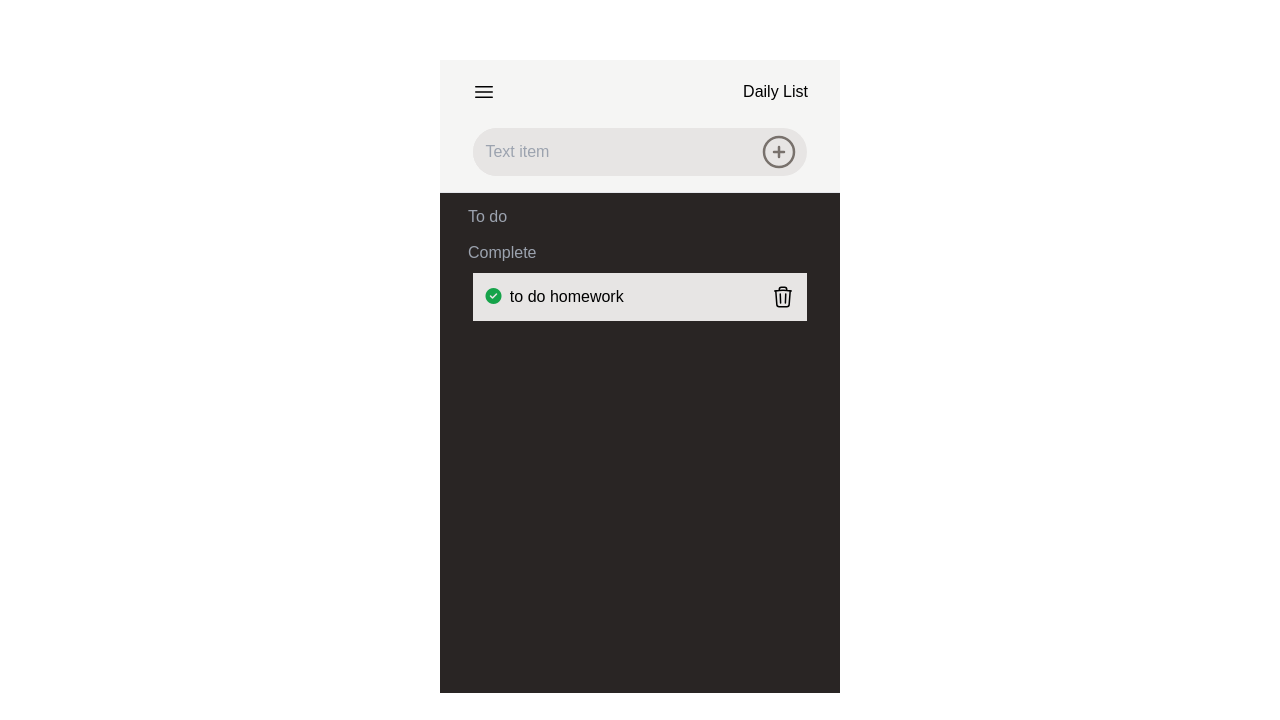
Repository: hsumyatm7308/TodolistbyPHP
Page: http://localhost/
The author's editor kept a copy of each file at every save. The page is drawn from the files as they stood at one save, then again after the next save.
The browser window is 1280 px wide. The pictures show the whole page.
Some web libraries are served in a nearby version. The page is run by PHP 8.4 with error messages shown; the project is at /var/www/html/. Queries for data that is not in the repository find no rows.

Above is the page before, as saved 2023-07-09 22:44:14.

### index.php
<!DOCTYPE html>
<html lang="en">

<head>
    <meta charset="UTF-8">
    <meta name="viewport" content="width=device-width, initial-scale=1.0">
    <title>To Do List</title>
    <link rel="stylesheet" href="https://cdnjs.cloudflare.com/ajax/libs/font-awesome/6.4.0/css/all.min.css">
    <script src="https://cdn.tailwindcss.com"></script>

    <style>
        * {
            font-family: sans-serif;
        }

        .scrollbar-hide::-webkit-scrollbar{
            display: none;
        }

    </style>

</head>

<body>
    <div class="w-screen h-screen container flex justify-center items-center">
        <div class="w-[400px] h-[600px] bg-stone-100">
            <!-- header nav  -->
            <div class="w-full h-14 flex justify-between items-center p-8">
                <div>
                    <svg xmlns="http://www.w3.org/2000/svg" fill="none" viewBox="0 0 24 24" stroke-width="1.5"
                        stroke="currentColor" class="w-6 h-6">
                        <path stroke-linecap="round" stroke-linejoin="round"
                            d="M3.75 6.75h16.5M3.75 12h16.5m-16.5 5.25h16.5" />
                    </svg>

                </div>
                <div>
                    <h4> Daily List</h4>
                </div>
            </div>

            <?php

            include("create.php");

            ?>

            <div class="w-full h-[500px] bg-stone-800 overflow-y-scroll scrollbar-hide">

                <?php

                include("updatetodo.php");
                include("complete.php");

                ?>
            </div>







        </div>
    </div>
</body>

</html>

### create.php
<?php
session_start();
ini_set('display_errors', 1);

require_once("database.php");

if ($_SERVER['REQUEST_METHOD'] === 'POST') {
    global $conn;

    $getdata = $_POST['textbox'];


    try {
        $stmt = $conn->prepare("INSERT INTO todolist (task) VALUES ( :task)");


        $task = $getdata;


        $stmt->bindParam(':task', $task);

        $stmt->execute();
    } catch (Exception $e) {
        echo "Error Found: " . $e->getMessage();
    }
}


?>





<!-- to do form  -->
<form action="" method="post" enctype="multipart/form-data">


    <div class="w-full h-auto flex justify-center items-center p-1">
        <div class="w-[85%] h-auto bg-stone-200 flex justify-between items-center rounded-3xl">
            <input type="text" name="textbox"
                class="w-[85%] bg-stone-200 rounded-tl-3xl rounded-bl-3xl p-3 focus:outline-none"
                placeholder="Text item">

            <button type="submit" name="submit" class="">
                <svg xmlns="http://www.w3.org/2000/svg" fill="none" viewBox="0 0 24 24" stroke-width="1.5"
                    stroke="currentColor" class="w-10 h-10 mr-2 text-stone-500 hover:text-stone-600">
                    <path stroke-linecap="round" stroke-linejoin="round"
                        d="M12 9v6m3-3H9m12 0a9 9 0 11-18 0 9 9 0 0118 0z" />
                </svg>
            </button>
        </div>

    </div>
    <hr class="mt-3">
</form>

### database.php
<?php

$dbhost = 'localhost';
$dbuser = 'root';
$dbpass = '';
$dbname = 'hmmdb';


try{

    $conn = new PDO("mysql:host=$dbhost;dbname=$dbname", $dbuser, $dbpass);
    $conn->setAttribute(PDO::ATTR_ERRMODE, PDO::ERRMODE_EXCEPTION);

    // echo "Connection successful";


}catch(Exception $e){
    "Error Found:".$e->getMessage();
}




?>

### updatetodo.php
<?php

// session_start();
ini_set('display_errors', 1);

require_once("database.php");
require_once("create.php");

try {

    global $conn;

    $stmt = $conn->prepare("SELECT id,task FROM todolist");
    $stmt->execute();



} catch (Exception $e) {
    "Found Error : " . $e->getMessage();
}


if($_SERVER["REQUEST_METHOD"]==="POST"){

}


?>








<!-- update to do  -->
<form action="" method="post" class="mt-3" enctype="multipart/form-data">
    <h3 class="text-gray-400 ml-7 mb-1">To do</h3>


    <?php while ($row = $stmt->fetch()): ?>

        <div name="taskitems" class="w-full h-auto flex justify-center items-center p-1">


            <div class="w-[85%] h-auto bg-stone-200 flex justify-between items-center p-3">
                <span>
                    <i class="fa-regular fa-circle-check"></i>
                    <span class="ml-1">
                        <?php echo $row['task'] ?>
                    </span>
                </span>

                <div type="submit" name="submit">
                    <svg xmlns="http://www.w3.org/2000/svg" fill="none" viewBox="0 0 24 24" stroke-width="1.5"
                        stroke="currentColor" class="w-6 h-6">
                        <path stroke-linecap="round" stroke-linejoin="round"
                            d="M16.862 4.487l1.687-1.688a1.875 1.875 0 112.652 2.652L10.582 16.07a4.5 4.5 0 01-1.897 1.13L6 18l.8-2.685a4.5 4.5 0 011.13-1.897l8.932-8.931zm0 0L19.5 7.125M18 14v4.75A2.25 2.25 0 0115.75 21H5.25A2.25 2.25 0 013 18.75V8.25A2.25 2.25 0 015.25 6H10" />
                    </svg>
                </div>
            </div>



        </div>

    <?php endwhile; ?>







</form>

### complete.php
<?php

// session_start();
// ini_set('display_errors', 1);

// require_once("database.php");
// require_once("updatetodo.php");




?>




<!-- complete work -->
<form action="" method="post" class="mt-3" enctype="multipart/form-data">
    <h3 class="text-gray-400 ml-7 mb-1">Complete</h3>

    <div class="w-full h-auto flex justify-center items-center p-1">


        <div class="w-[85%] h-auto bg-stone-200 flex justify-between items-center p-3">

            <span>
                <i class="fa-solid fa-circle-check text-green-600"></i>
                <span class="ml-1">to do homework</span>
            </span>

            <div>
                <svg xmlns="http://www.w3.org/2000/svg" fill="none" viewBox="0 0 24 24" stroke-width="1.5"
                    stroke="currentColor" class="w-6 h-6">
                    <path stroke-linecap="round" stroke-linejoin="round"
                        d="M14.74 9l-.346 9m-4.788 0L9.26 9m9.968-3.21c.342.052.682.107 1.022.166m-1.022-.165L18.16 19.673a2.25 2.25 0 01-2.244 2.077H8.084a2.25 2.25 0 01-2.244-2.077L4.772 5.79m14.456 0a48.108 48.108 0 00-3.478-.397m-12 .562c.34-.059.68-.114 1.022-.165m0 0a48.11 48.11 0 013.478-.397m7.5 0v-.916c0-1.18-.91-2.164-2.09-2.201a51.964 51.964 0 00-3.32 0c-1.18.037-2.09 1.022-2.09 2.201v.916m7.5 0a48.667 48.667 0 00-7.5 0" />
                </svg>

            </div>

        </div>



    </div>

    <!-- <div class="w-full h-auto flex justify-center items-center p-1">

        <div class="w-[85%] h-auto bg-stone-200 flex justify-between items-center p-3">

            <span>
                <i class="fa-solid fa-circle-check text-green-600"></i>
                <span class="ml-1">to do homework</span>
            </span>

            <div>
                <svg xmlns="http://www.w3.org/2000/svg" fill="none" viewBox="0 0 24 24" stroke-width="1.5"
                    stroke="currentColor" class="w-6 h-6">
                    <path stroke-linecap="round" stroke-linejoin="round"
                        d="M14.74 9l-.346 9m-4.788 0L9.26 9m9.968-3.21c.342.052.682.107 1.022.166m-1.022-.165L18.16 19.673a2.25 2.25 0 01-2.244 2.077H8.084a2.25 2.25 0 01-2.244-2.077L4.772 5.79m14.456 0a48.108 48.108 0 00-3.478-.397m-12 .562c.34-.059.68-.114 1.022-.165m0 0a48.11 48.11 0 013.478-.397m7.5 0v-.916c0-1.18-.91-2.164-2.09-2.201a51.964 51.964 0 00-3.32 0c-1.18.037-2.09 1.022-2.09 2.201v.916m7.5 0a48.667 48.667 0 00-7.5 0" />
                </svg>


            </div>

        </div> -->



    </div>
</form>

After the next save:
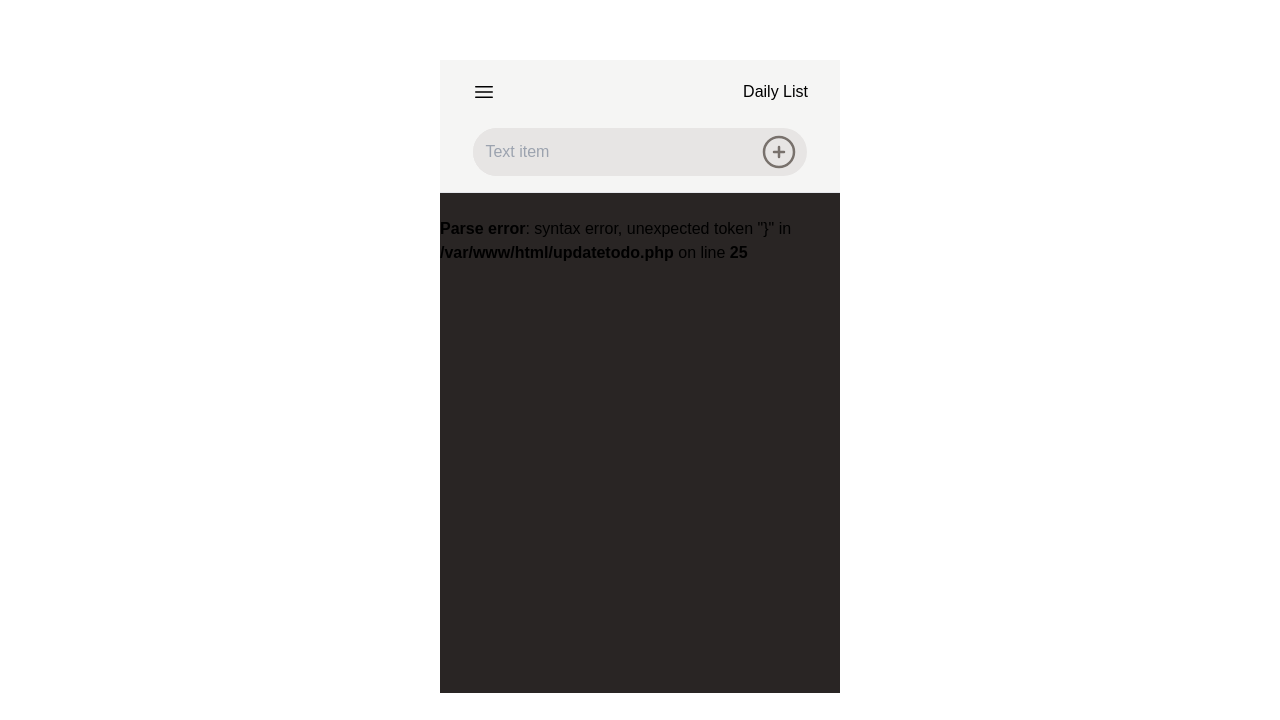
Saved 47 s later.
--- a/updatetodo.php
+++ b/updatetodo.php
@@ -21,7 +21,7 @@ try {
 
 
 if($_SERVER["REQUEST_METHOD"]==="POST"){
-
+    if(isset($_POST['check']))
 }
 
 
